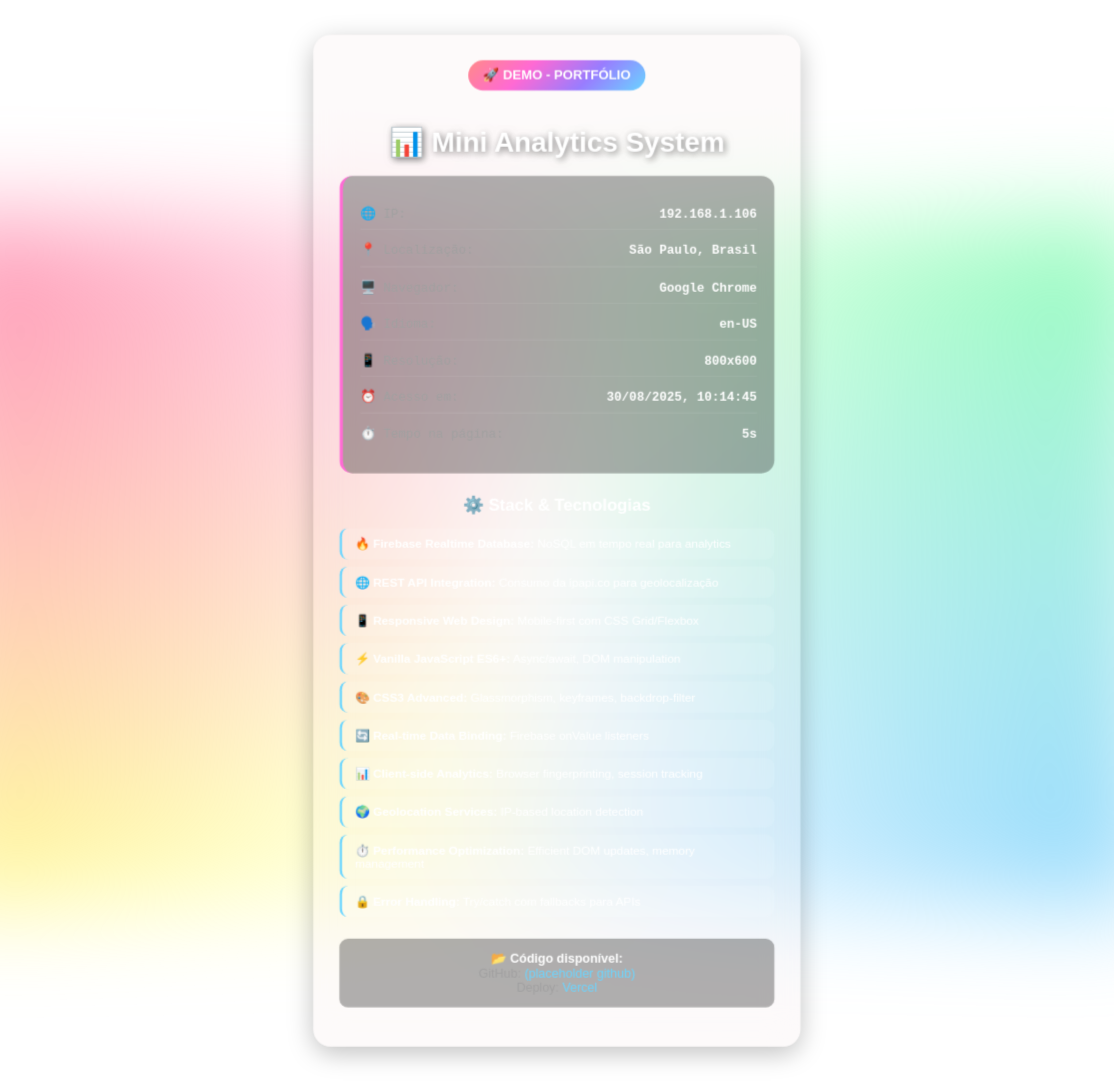
Repository: nardogod/mini-analytics
Page: mini.html
An editor plug-in stored every save of this project. The page is shown before and after the next save, followed by the edit.
The browser window is 1280 px wide. The pictures show the whole page, at 87% of full size.

Above is the page before, as saved 2025-08-30 10:44:57.

After the next save:
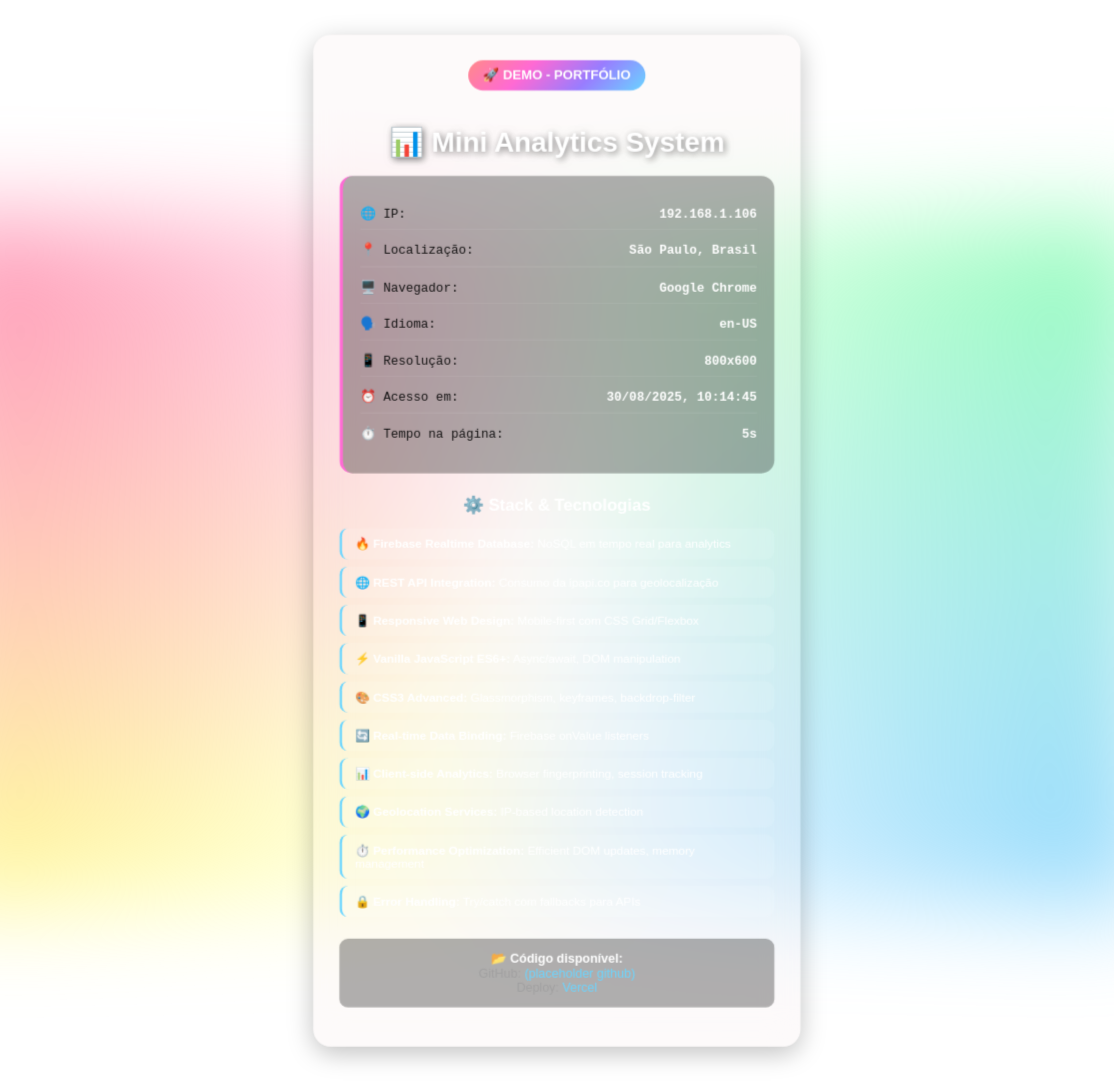
Saved 14 s later.
--- a/mini.html
+++ b/mini.html
@@ -124,7 +124,7 @@
       }
 
       .label {
-        color: #a0a0a0;
+        color: #131212;
         font-weight: 500;
       }
 
